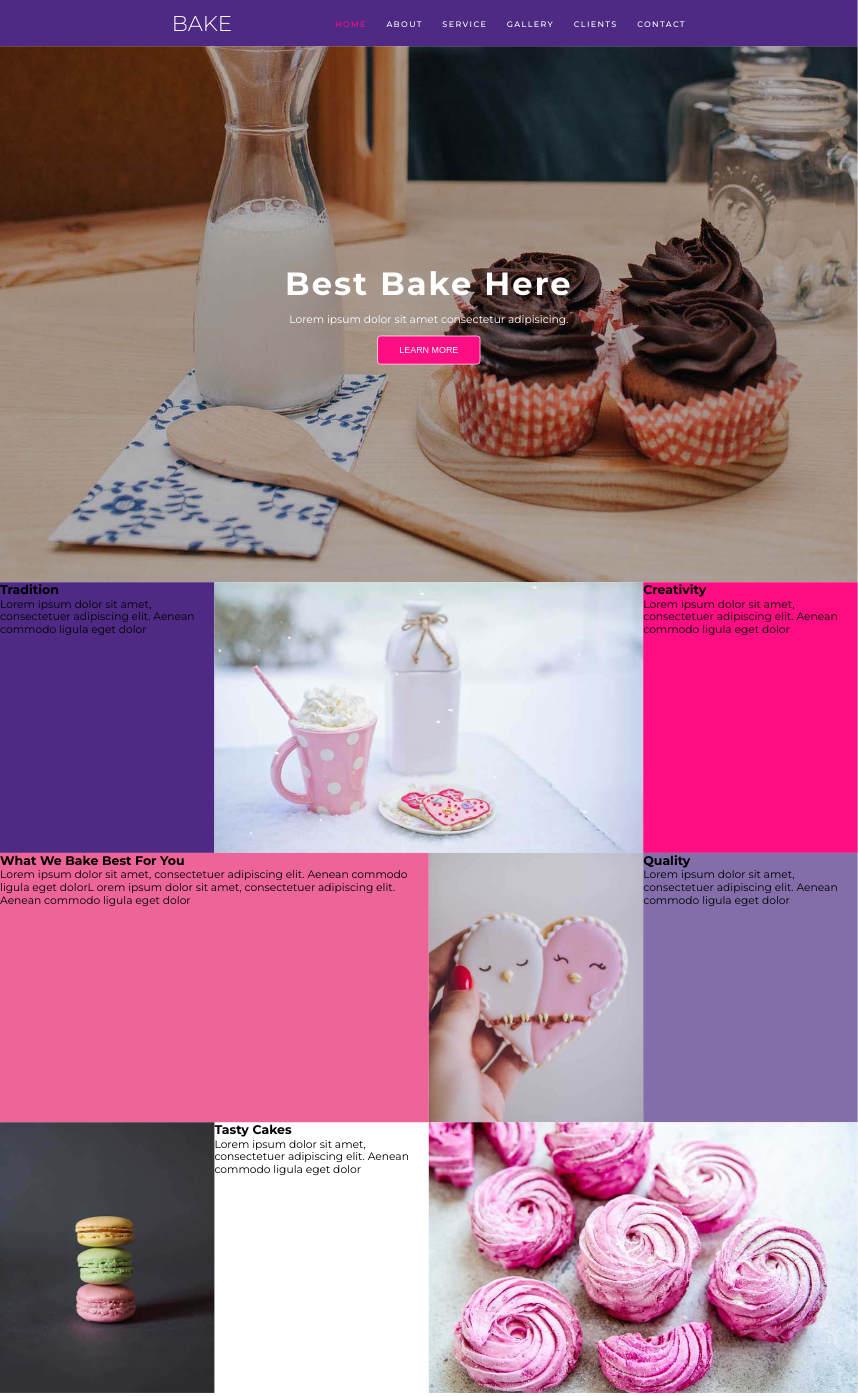
Repository: giahuy405/Bake
Page: index.html
The author's editor kept a copy of each file at every save. The page is drawn from the files as they stood at one save, then again after the next save.
The browser window is 1280 px wide. The pictures show the whole page, at 67% of full size.

Above is the page before, as saved 2022-09-13 15:20:12.

### index.html
<!DOCTYPE html>
<html lang="en">
<head>
    <meta charset="UTF-8">
    <meta http-equiv="X-UA-Compatible" content="IE=edge">
    <meta name="viewport" content="width=device-width, initial-scale=1.0">
    <title>Document</title>
    <!-- Google Fonts -->
    <link href="https://fonts.googleapis.com/css2?family=Montserrat:wght@300;400;500;700&display=swap" rel="stylesheet">

    <link rel="stylesheet" href="./css/index.css">
</head>
<body>
        <header>
            <div class="header__content">
                <h1>BAKE</h1>
                <nav>
                    <ul>
                        <li><a class="active" href="#">HOME</a></li>
                        <li><a href="#">ABOUT</a></li>
                        <li><a href="#">SERVICE</a></li>
                        <li><a href="#">GALLERY</a></li>
                        <li><a href="#">CLIENTS</a></li>
                        <li><a href="#">CONTACT</a></li>
                    </ul>
                </nav>
            </div>
        </header>
        <section class="carousel">
            <div class="carousel__content">
                <h1>Best Bake Here</h1>
                <p>Lorem ipsum dolor sit amet consectetur adipisicing.</p>
                <button>LEARN MORE</button>
            </div>
        </section>
        <section class="intro">
            <div class="intro__item">
                <div class="intro__content">
                    <h3>Tradition</h3>
                    <p>Lorem ipsum dolor sit amet, consectetuer adipiscing elit. Aenean commodo ligula eget dolor</p>
                </div>
            </div>
            <div class="intro__item">
                <img src="./img/ab1.jpg" alt="">
            </div>
            <div class="intro__item">
                <div class="intro__content">
                    <h3>Creativity</h3>
                    <p>Lorem ipsum dolor sit amet, consectetuer adipiscing elit. Aenean commodo ligula eget dolor</p>

                </div>
            </div>
            <div class="intro__item">
                <h3>What We Bake Best For You</h3>
                <p>Lorem ipsum dolor sit amet, consectetuer adipiscing elit. Aenean commodo ligula eget dolorL orem ipsum dolor sit amet, consectetuer adipiscing elit. Aenean commodo ligula eget dolor</p>
            </div>
            <div class="intro__item">
                <img src="./img/ab2.jpg" alt="">
            </div>
            <div class="intro__item">
                <h3>Quality</h3>
                <p>Lorem ipsum dolor sit amet, consectetuer adipiscing elit. Aenean commodo ligula eget dolor</p>
            </div>
            <div class="intro__item">
                <img src="./img/ab3.jpg" alt="">
            </div>
            <div class="intro__item">
                <h3>
                    Tasty Cakes</h3>
                <p>Lorem ipsum dolor sit amet, consectetuer adipiscing elit. Aenean commodo ligula eget dolor</p>
            </div>
            <div class="intro__item">
                <img src="./img/ab4.jpg" alt="">
            </div>
        </section>
</body>
</html>

### css/index.css
*{
    padding: 0;
    margin: 0;
    box-sizing: border-box;
}
html{
    font-size: 16px;
    font-family: 'Montserrat', sans-serif;
}
header{
    background-color: #4e2a84;
    color: white;
    padding: 15px 0;
}
header .header__content h1{
    font-weight: 300;
}
nav ul{
    list-style: none;
}
nav li{
    display: inline;
    margin-left: 25px;
}
nav a{
    color: white;
    text-decoration: none;
    font-size: 12px;
    font-weight: 500;
    letter-spacing: 2px;
    transition: all .5s;
}
.header__content{
    display: flex;
    justify-content: space-around;
    align-items: center;
    width: 70%;
    margin: 0 auto;
}
nav ul li .active{
    color: #ff0e83;
}
nav ul li a:hover{
    color: #ff0e83;
}
.carousel{
    background-image: url(../img/b3.jpg);
    height: 800px;
    background-position: center;
    background-size: cover;
    color: white;
    text-align: center;
    display: flex;
    align-items: center;
    justify-content: center;
}
.carousel__content h1{
    font-size: 3rem;
    letter-spacing: 3px;
}
.carousel__content p{
    line-height: 3;
}
button{
    padding: 13px 32px;
    background-color: #ff0e83;
    border: 1px solid white;
    border-radius: 5px;
    color: white;
    cursor: pointer;
    transition: all .5s;
}
button:hover{
    background-color: white;
    color: black;
    border-color: #ff0e83;
}
.intro{
    display: grid;
    grid-template-columns: repeat(4,1fr);
}
.intro__item:nth-child(1){
    background-color: #4e2a84;
}
.intro__item:nth-child(2){
    grid-column: 2 / span 2;
}
.intro__item:nth-child(3){
    background-color: #ff0e83;
}
.intro__item:nth-child(4){
    grid-column: 1 / span 2;
    background-color: #ed6498;
}
.intro__item:nth-child(9){
    grid-column:  3 / span 2;
}
.intro__item:nth-child(6){
    background-color: #836eaa;
}
.intro__item img{
    width: 100%;
    height: 100%;
}

After the next save:
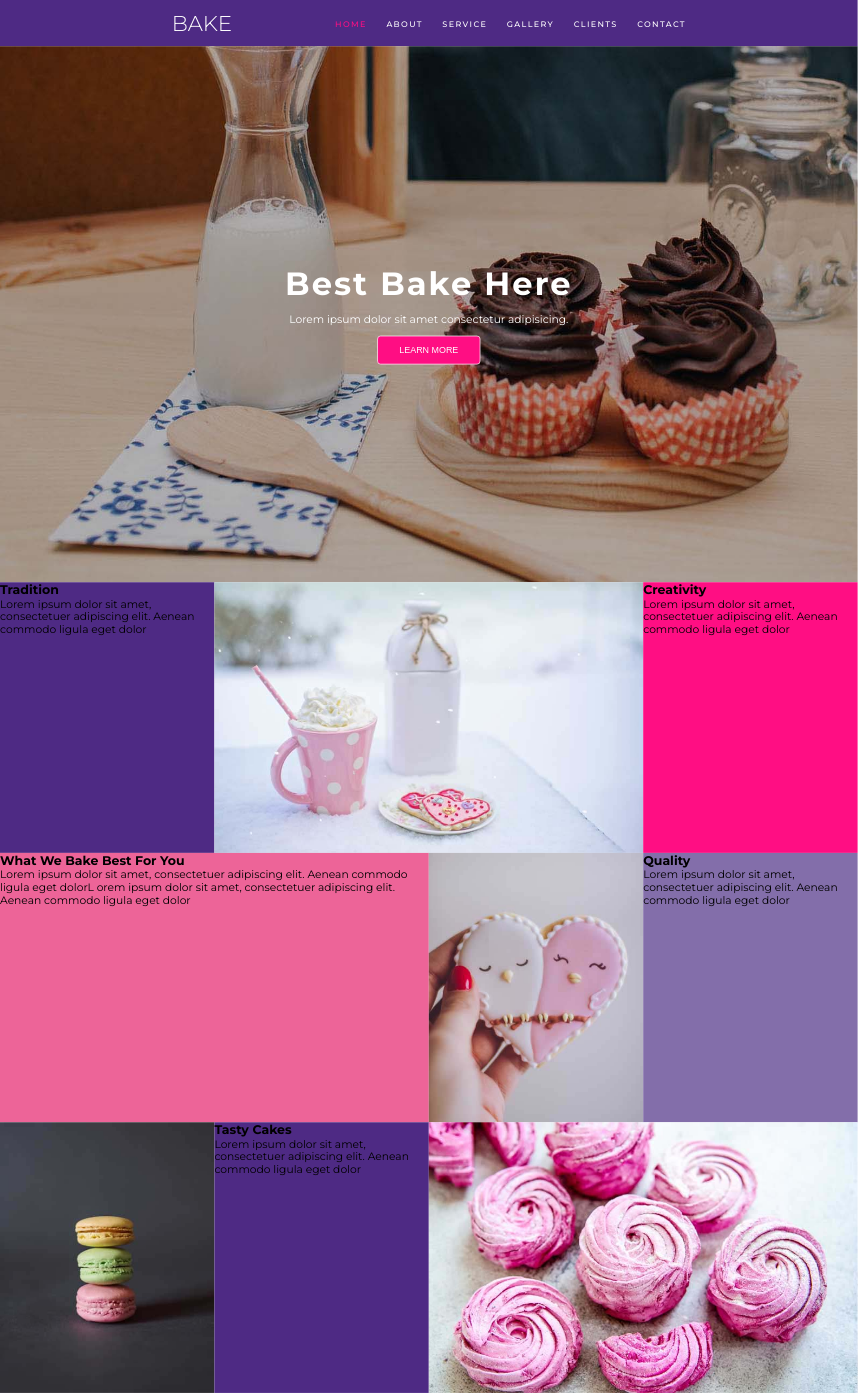
Saved 12 s later.
--- a/css/index.css
+++ b/css/index.css
@@ -79,7 +79,7 @@
     display: grid;
     grid-template-columns: repeat(4,1fr);
 }
-.intro__item:nth-child(1){
+.intro__item:nth-child(1),.intro__item:nth-child(8){
     background-color: #4e2a84;
 }
 .intro__item:nth-child(2){
